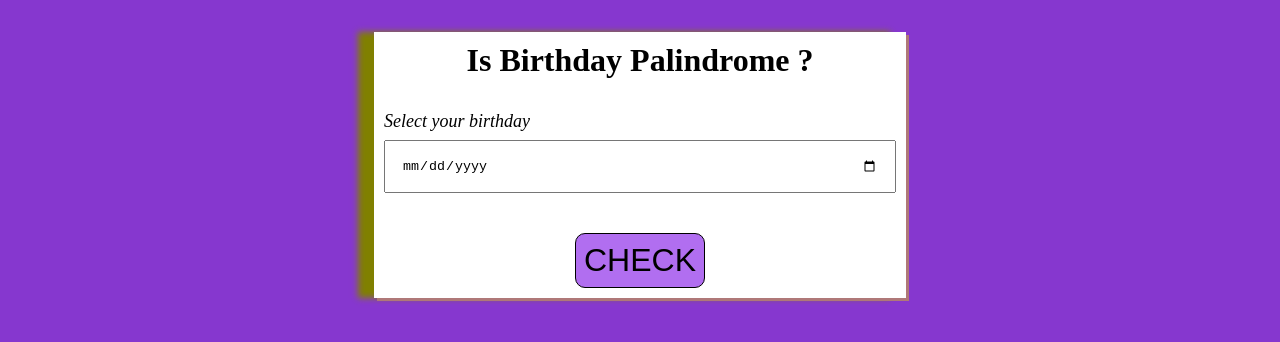
Repository: patelamancode/Palindrome-Birthday
Page: index.html
These files come from the project's save history. The page is drawn as it stood at one moment and after the next save; the edit follows.
The browser window is 1280 px wide. The pictures show the whole page.

Above is the page before, as saved 2022-12-02 20:00:44.

After the next save:
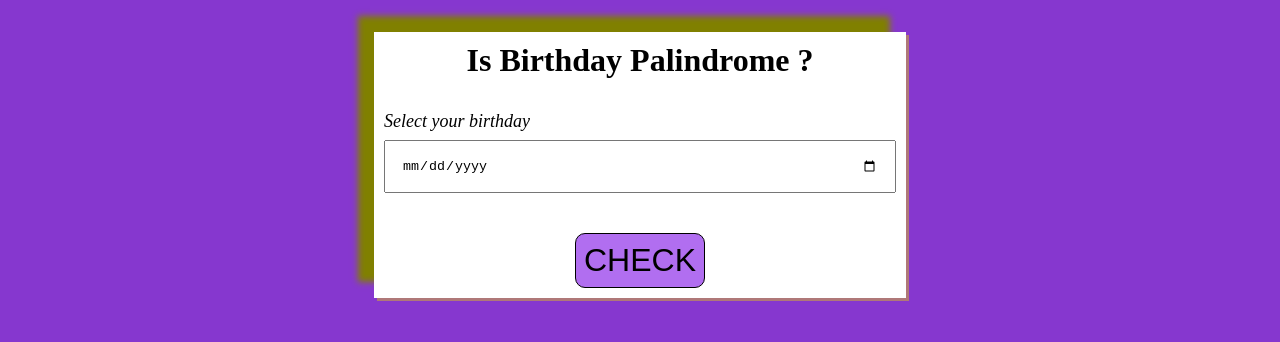
Saved 41 s later.
--- a/index.css
+++ b/index.css
@@ -15,7 +15,7 @@
     margin-top: 2rem;
     padding: 10px;
     text-align: center;
-    box-shadow: 3px 3px rgb(175, 120, 120), -1em 0 .4em olive;
+    box-shadow: 3px 3px rgb(175, 120, 120), -1em -1em .4em olive;
   }
 
   .app-title {
